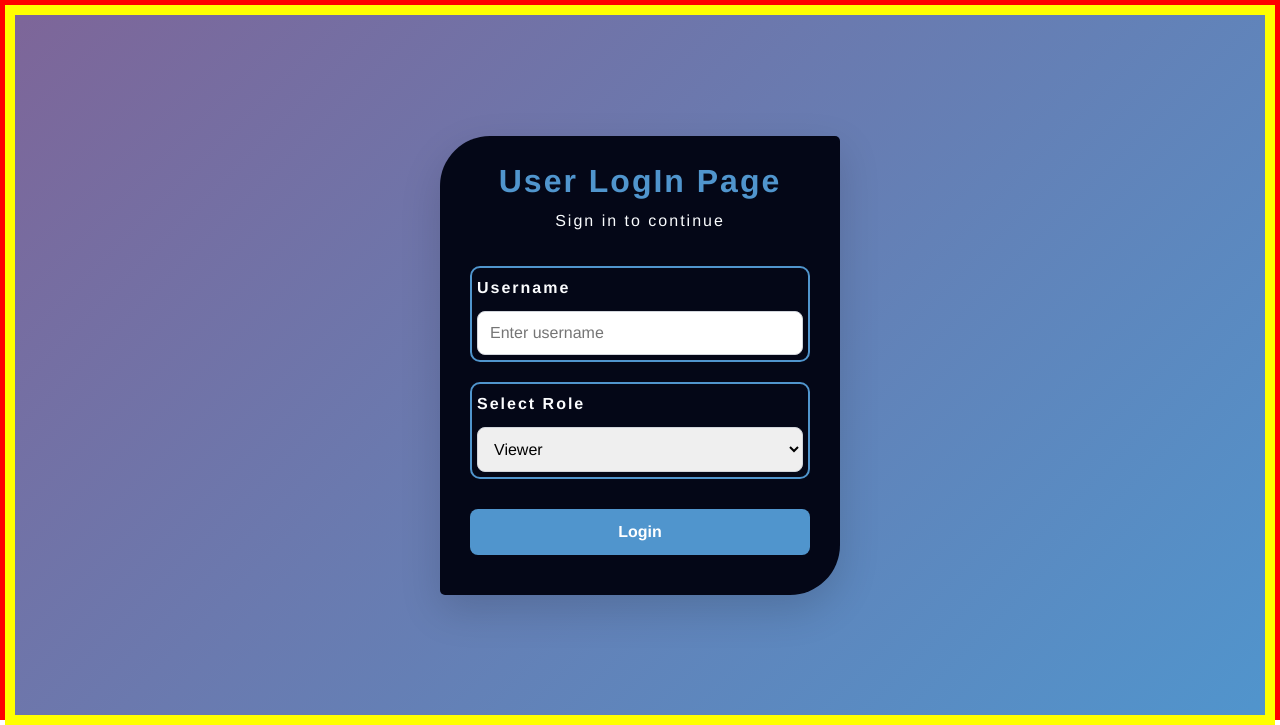
Repository: SolomonChinonso/myUserDashboard
Page: / (app in my-user-dashboard-app/)
The author's editor kept a copy of each file at every save. The page is drawn from the files as they stood at one save, then again after the next save.
The browser window is 1280 px wide. The pictures show the whole page.
The project was rebuilt for these pictures with package versions that can differ from the ones it lists, and the page was loaded fresh each time. Also part of the build but not shown: my-user-dashboard-app/vite.config.ts, my-user-dashboard-app/src/App.css, my-user-dashboard-app/src/pages/global.css, my-user-dashboard-app/src/pages/Dashboard.tsx, my-user-dashboard-app/src/pages/Profile.tsx, my-user-dashboard-app/src/pages/Settings.tsx, my-user-dashboard-app/src/components/Navbar.tsx, my-user-dashboard-app/src/components/ProtectedRoute.tsx.

Above is the page before, as saved 2026-05-31 14:52:58.

After the next save:
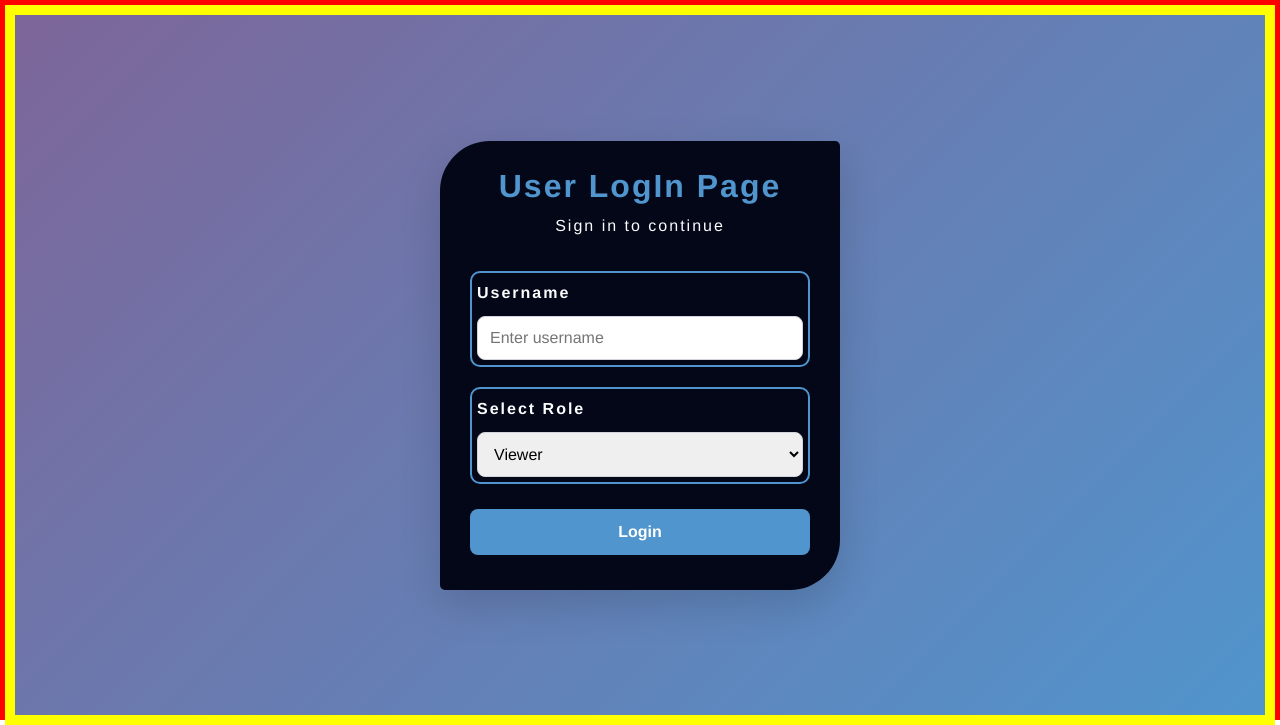
Saved 29 s later.
--- a/my-user-dashboard-app/src/components/Navbar.css
+++ b/my-user-dashboard-app/src/components/Navbar.css
@@ -40,7 +40,7 @@
     font-size: 1rem;
     color: #f3f3f8;
     padding: 5px 20px;
-    margin: 10px;
+    margin: 5px;
     border: 2px solid rgb(117, 180, 222);
     border-radius: 50px;
     background: transparent;

After the 4 saves that followed:
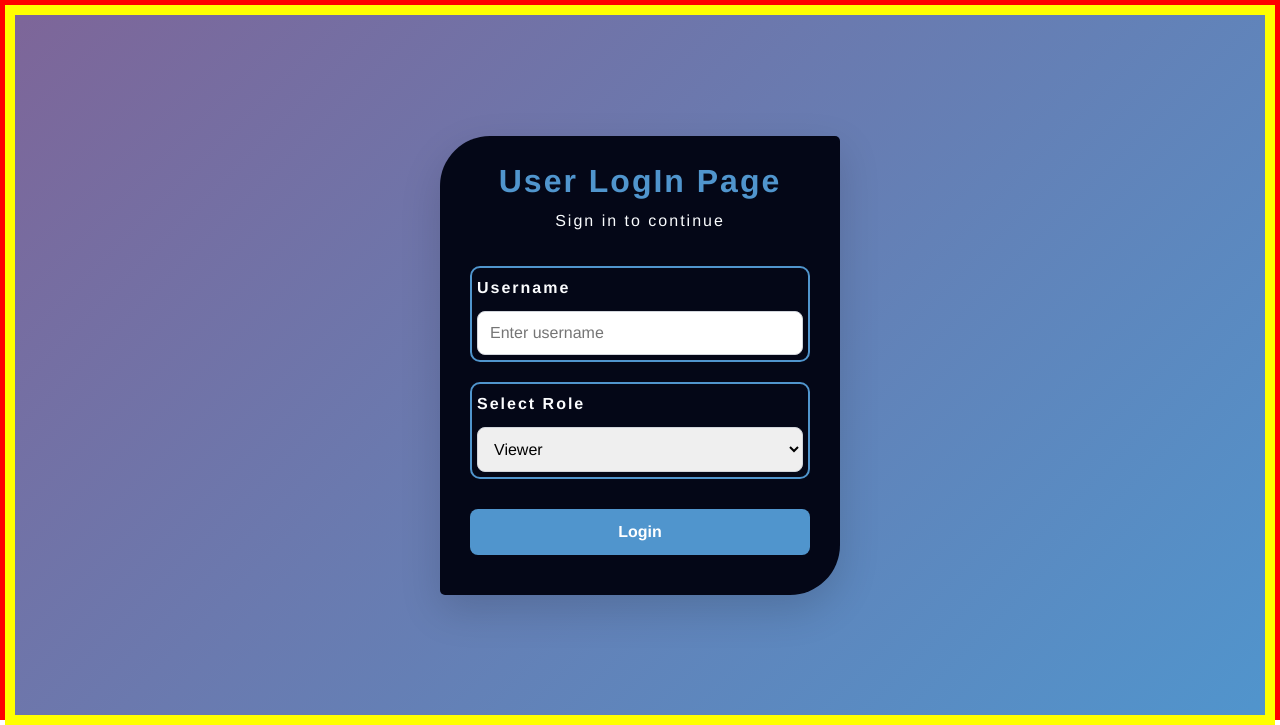
The 4 saves are shown as one change because 3 left the picture as it was.
The last was saved 50 s later.
--- a/my-user-dashboard-app/src/components/Navbar.css
+++ b/my-user-dashboard-app/src/components/Navbar.css
@@ -39,8 +39,8 @@
 button{
     font-size: 1rem;
     color: #f3f3f8;
-    padding: 5px 20px;
-    margin: 5px;
+    padding: 5px 10px;
+    margin: 10px;
     border: 2px solid rgb(117, 180, 222);
     border-radius: 50px;
     background: transparent;
